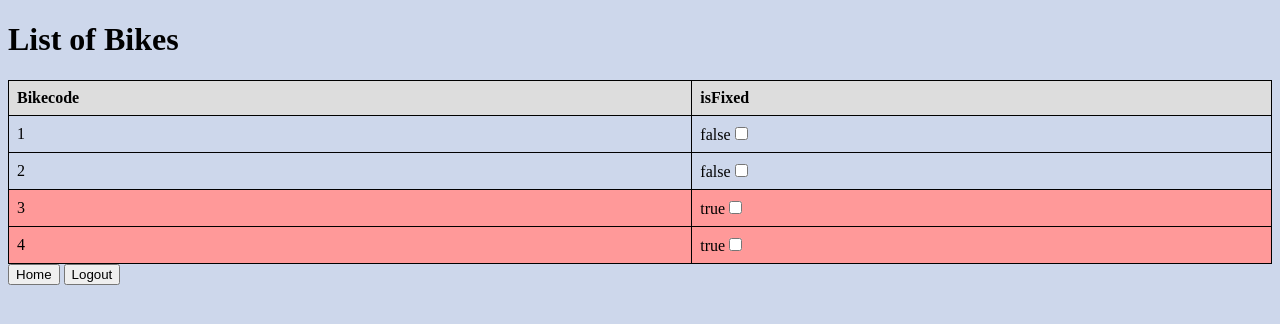
Repository: salveendutt/Bike-Reservation-App
Page: Desktop/SE2_REPO/templates/bike_list.html
An editor plug-in stored every save of this project. The page is shown before and after the next save, followed by the edit.
The browser window is 1280 px wide. The pictures show the whole page.
The template is drawn by Django 4.2. The application's start-up code is not run. Other server files are loaded and not shown. The template is opened directly, without the code that normally fills it, so the values that code supplies are empty.

Above is the page before, as saved 2023-04-22 18:53:38.

### Desktop/SE2_REPO/templates/bike_list.html
<!DOCTYPE html>
<html>
<head>
	<title>Bikes List</title>
    <style>
        body {
            background-color: rgb(205, 215, 235);
        }
        table {
            border-collapse: collapse;
            width: 100%;
        }
        th, td {
			padding: 8px;
			text-align: left;
			border: 1px solid black;
		}
		th {
			background-color: #dddddd;
		}
		.is-fixed {
			background-color: #ff9999;
		}
    </style>
</head>
<body>
	<h1>List of Bikes</h1>
    <table>
		<thead>
			<tr>
				<th>Bikecode</th>
				<th>isFixed</th>
			</tr>
		</thead>
		<tbody id="bikes-list"></tbody>
	</table>
	<button id="home-button">Home</button>
    <button id="logout-button">Logout</button>
	<script>
		const bikes = [
			{ Bikecode: 1, isFixed: false },
			{ Bikecode: 2, isFixed: false },
			{ Bikecode: 3, isFixed: true },
			{ Bikecode: 4, isFixed: true }
		];

		const bikesList = document.getElementById('bikes-list');

		bikes.forEach(bike => {
			const tr = document.createElement('tr');
			const bikecodeTd = document.createElement('td');
			bikecodeTd.textContent = bike.Bikecode;
			tr.appendChild(bikecodeTd);
			const isfixedTd = document.createElement('td');
			const isfixedCheckbox = document.createElement('input');
			isfixedCheckbox.type = 'checkbox';
			isfixedTd.textContent = bike.isFixed;
            isfixedCheckbox.addEventListener('change', () => {
                bike.isFixed = isfixedCheckbox.checked;
                if(bike.isFixed) {
                    tr.classList.add('is-fixed');
                }else {
                    tr.classList.remove('is-fixed');
                }
            });
            isfixedTd.appendChild(isfixedCheckbox);
			tr.appendChild(isfixedTd);
			if (bike.isFixed) {
				tr.classList.add('is-fixed');
			}
			bikesList.appendChild(tr);
		});

        const homeButton = document.getElementById('home-button');
		homeButton.addEventListener('click', () => {
			window.location.href = '/';
		});
	</script>
</body>
</html>

After the next save:
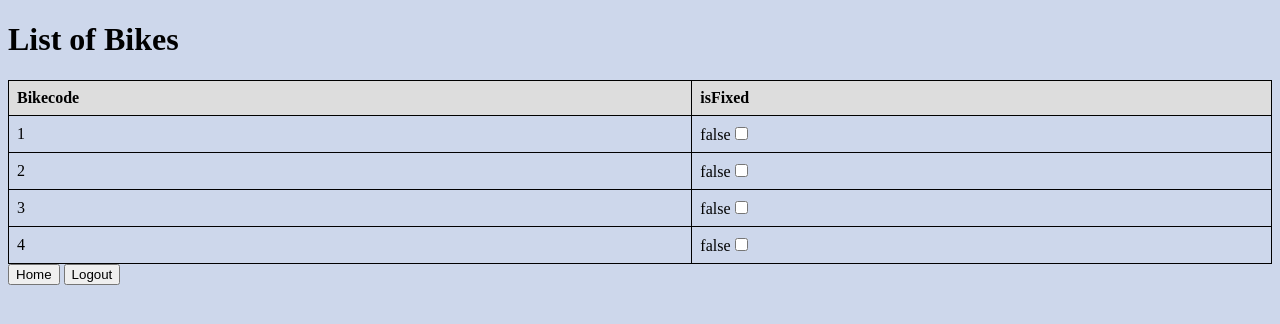
Saved 44 s later.
--- a/Desktop/SE2_REPO/templates/bike_list.html
+++ b/Desktop/SE2_REPO/templates/bike_list.html
@@ -40,8 +40,8 @@
 		const bikes = [
 			{ Bikecode: 1, isFixed: false },
 			{ Bikecode: 2, isFixed: false },
-			{ Bikecode: 3, isFixed: true },
-			{ Bikecode: 4, isFixed: true }
+			{ Bikecode: 3, isFixed: false },
+			{ Bikecode: 4, isFixed: false }
 		];
 
 		const bikesList = document.getElementById('bikes-list');
